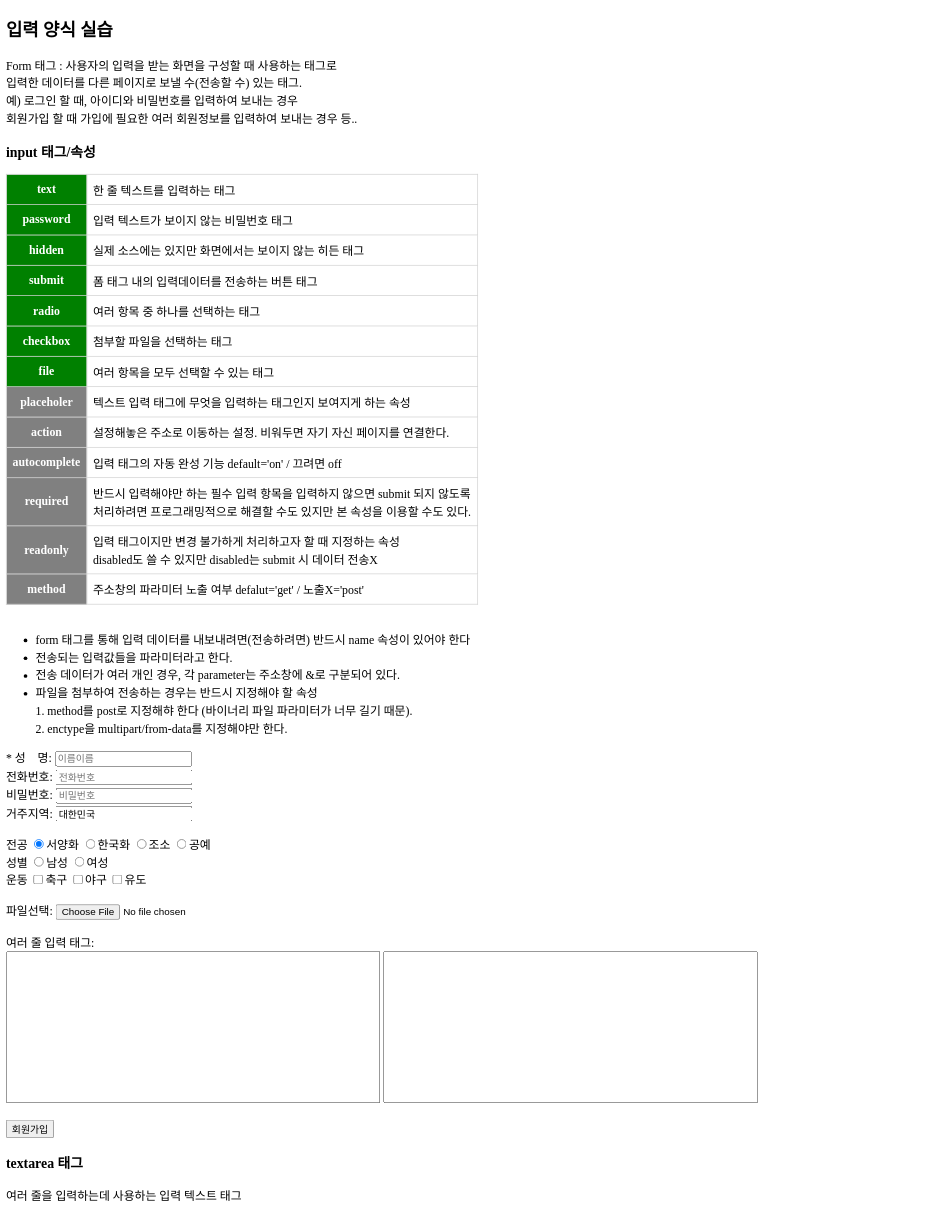
Repository: itkezi/HTML_2022_505
Page: Web/WebContent/HTML/0321_form.html
The author's editor kept a copy of each file at every save. The page is drawn from the files as they stood at one save, then again after the next save.
The browser window is 1280 px wide. The pictures show the whole page, at 74% of full size.

Above is the page before, as saved 2022-03-21 07:27:27.

### Web/WebContent/HTML/0321_form.html
<!DOCTYPE html>
<html>
<head>
<meta charset="UTF-8">
<title>입력 양식</title>
<style>
table { border-collapse: collapse; width:'2000px'; }
th, td {border:1px solid lightgray ; padding:8px; }
th {color:white;; }
textarea {width:500px; height:200px; resize:none; }


</style>
</head>
<body>
<h2>입력 양식 실습</h2>
<p>
Form 태그 : 사용자의 입력을 받는 화면을 구성할 때 사용하는 태그로 <br>
입력한 데이터를 다른 페이지로 보낼 수(전송할 수) 있는 태그. <br>
예) 로그인 할 때, 아이디와 비밀번호를 입력하여 보내는 경우<br>
	회원가입 할 때 가입에 필요한 여러 회원정보를 입력하여 보내는 경우 등..
</p>

<h3>input 태그/속성</h3>
<table>
	<tr>
		<th style='background-color:green'>text</th>
		<td>한 줄 텍스트를 입력하는 태그</td>
	</tr>
	<tr>
		<th style='background-color:green'>password</th>
		<td>입력 텍스트가 보이지 않는 비밀번호 태그</td>
	</tr>
	<tr>
		<th style='background-color:green'>hidden</th>
		<td>실제 소스에는 있지만 화면에서는 보이지 않는 히든 태그</td>
	</tr>
	<tr>
		<th style='background-color:green'>submit</th>
		<td>폼 태그 내의 입력데이터를 전송하는 버튼 태그</td>
	</tr>
	<tr>
		<th style='background-color:green'>radio</th>
		<td>여러 항목 중 하나를 선택하는 태그</td>
	</tr>
	<tr>
		<th style='background-color:green'>checkbox</th>
		<td>첨부할 파일을 선택하는 태그</td>
	</tr>
	<tr>
		<th style='background-color:green'>file</th>
		<td>여러 항목을 모두 선택할 수 있는 태그</td>
	</tr>
	<tr>
		<th style='background-color:gray'>placeholer</th>
		<td>텍스트 입력 태그에 무엇을 입력하는 태그인지 보여지게 하는 속성</td>
	</tr>
	<tr>
		<th style='background-color:gray'>action</th>
		<td>설정해놓은 주소로 이동하는 설정. 비워두면 자기 자신 페이지를 연결한다.</td>
	</tr>
	<tr>
		<th style='background-color:gray'>autocomplete</th>
		<td>입력 태그의 자동 완성 기능 default='on' / 끄려면 off</td>
	</tr>
	<tr>
		<th style='background-color:gray'>required</th>
		<td>반드시 입력해야만 하는 필수 입력 항목을 입력하지 않으면 submit 되지 않도록<br>
		    처리하려면 프로그래밍적으로 해결할 수도 있지만 본 속성을 이용할 수도 있다.</td>
	</tr>
	<tr>
		<th style='background-color:gray'>readonly</th>
		<td>입력 태그이지만 변경 불가하게 처리하고자 할 때 지정하는 속성<br>
		disabled도 쓸 수 있지만 disabled는 submit 시 데이터 전송X</td>
	</tr>
	<tr>
		<th style='background-color:gray'>method</th>
		<td>주소창의 파라미터 노출 여부 defalut='get' / 노출X='post'</td>
	</tr>
</table><br>
<p>
<ul>
	<li>form 태그를 통해 입력 데이터를 내보내려면(전송하려면) 반드시 name 속성이 있어야 한다
	<li>전송되는 입력값들을 파라미터라고 한다.
	<li>전송 데이터가 여러 개인 경우, 각 parameter는 주소창에 &로 구분되어 있다.
	<li>파일을 첨부하여 전송하는 경우는 반드시 지정해야 할 속성<br>
		1. method를 post로 지정해햐 한다 (바이너리 파일 파라미터가 너무 길기 때문).<br>
		2. enctype을 multipart/from-data를 지정해야만 한다.
</ul><p>

<form action='' method='post'autocomplete='off' enctype='multipart/from-data'>
	<div>* 성　명: <input type='text' name='name' placeholder='이름이름' required></div>
	<div>전화번호: <input type='text'name='phone' placeholder='전화번호'></div>
	<div>비밀번호: <input type='password' name='password' placeholder='비밀번호'></div>
	<div>거주지역: <input type='text' name='addres' readonly value='대한민국'></div><br>
	<input type='hidden' name='id' value='hong'>
	<div> 전공
		<input type='radio' name='major' value='서양화' checked>서양화
		<input type='radio' name='major' value='한국화'>한국화
		<input type='radio' name='major' value='조소'>조소
		<input type='radio' name='major' value='공예'>공예
	</div>
	<div> 성별
		<input type='radio' name='gender' value='남성' id='male'><label for ='male'>남성</label>
		<input type='radio' name='gender' value='여성	'id='female'><label for ='female'>여성</label>
	</div>
	<div> 운동
		<label><input type='checkbox' name='sports' value='축구'>축구</label>
		<label><input type='checkbox' name='sports' value='야구'>야구</label>
		<label><input type='checkbox' name='sports' value='유도'>유도</label>
	</div><br>
	<div>
	파일선택: <input type='file' >
	</div><br>
	<div>
	여러 줄 입력 태그:<br> <textarea rows="5" cols="20" name='memo'></textarea>
	<textarea rows="5" cols="20" name='memo'></textarea>
	</div>
	<br>
	<div><input type="submit" value='회원가입'></div>
</form>

<h3>textarea 태그</h3>
<p>여러 줄을 입력하는데 사용하는 입력 텍스트 태그</p>

</body>
</html>

After the next save:
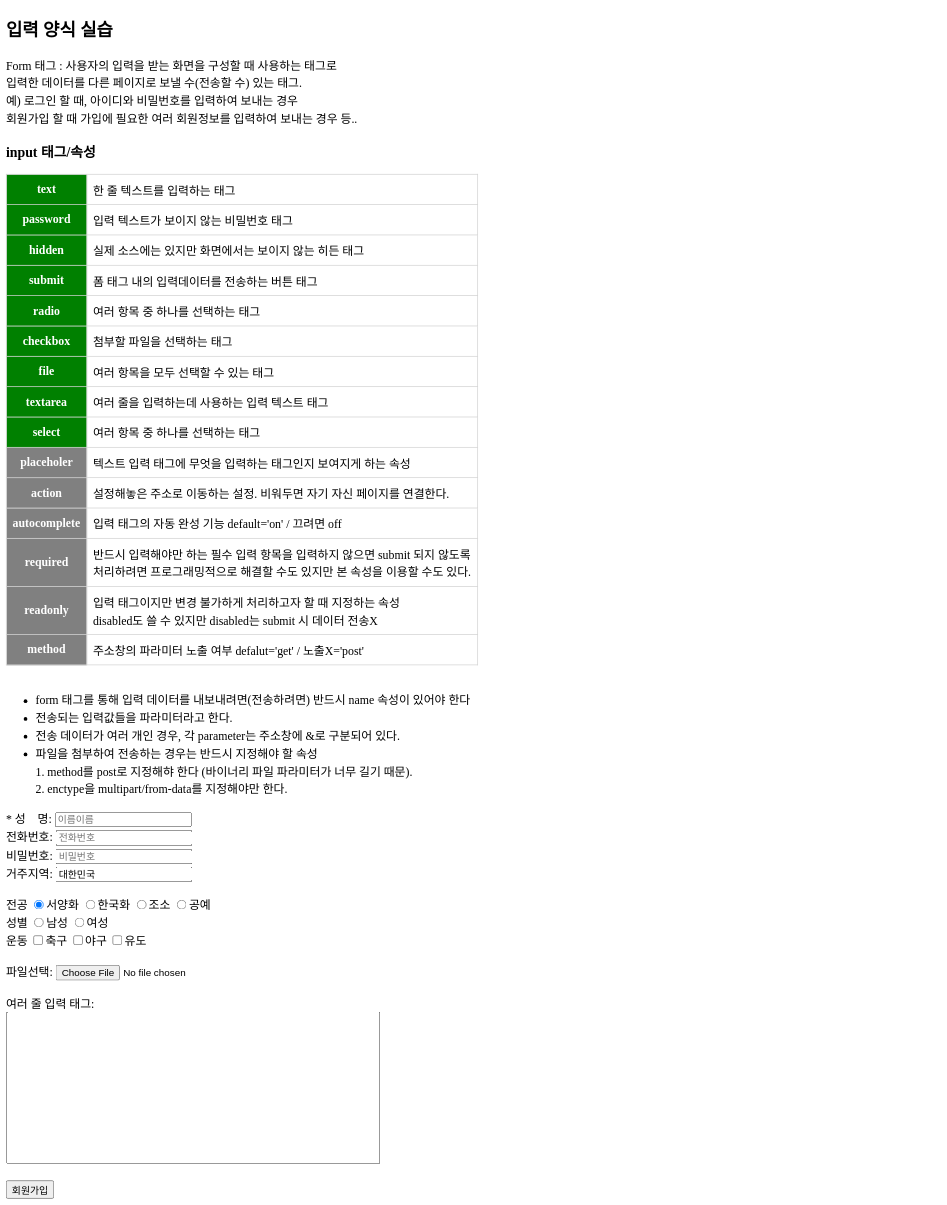
Saved 80 s later.
--- a/Web/WebContent/HTML/0321_form.html
+++ b/Web/WebContent/HTML/0321_form.html
@@ -50,6 +50,14 @@ Form 태그 : 사용자의 입력을 받는 화면을 구성할 때 사용하는
 	<tr>
 		<th style='background-color:green'>file</th>
 		<td>여러 항목을 모두 선택할 수 있는 태그</td>
+	</tr>
+	<tr>
+		<th style='background-color:green'>textarea</th>
+		<td>여러 줄을 입력하는데 사용하는 입력 텍스트 태그</td>
+	</tr>
+	<tr>
+		<th style='background-color:green'>select</th>
+		<td>여러 항목 중 하나를 선택하는 태그</td>
 	</tr>
 	<tr>
 		<th style='background-color:gray'>placeholer</th>
@@ -114,14 +122,11 @@ Form 태그 : 사용자의 입력을 받는 화면을 구성할 때 사용하는
 	</div><br>
 	<div>
 	여러 줄 입력 태그:<br> <textarea rows="5" cols="20" name='memo'></textarea>
-	<textarea rows="5" cols="20" name='memo'></textarea>
 	</div>
 	<br>
 	<div><input type="submit" value='회원가입'></div>
 </form>
 
-<h3>textarea 태그</h3>
-<p>여러 줄을 입력하는데 사용하는 입력 텍스트 태그</p>
 
 </body>
 </html>
